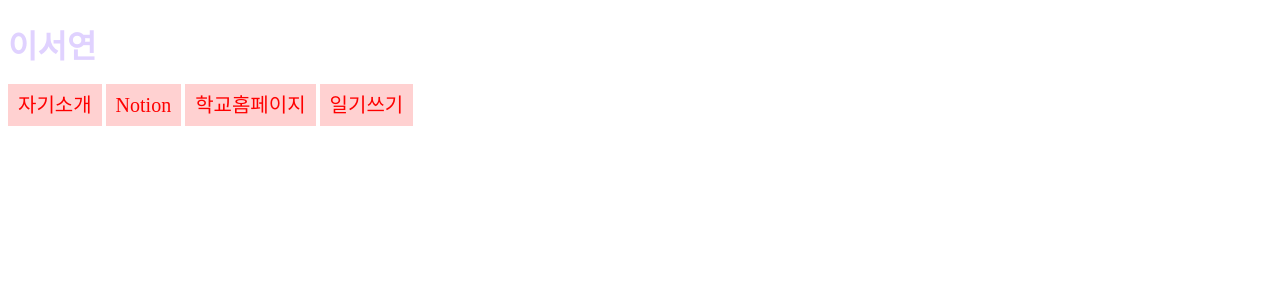
Repository: seoyeon0619/WebProgramming
Page: http://localhost/myhome1/index.jsp
The author's editor kept a copy of each file at every save. The page is drawn from the files as they stood at one save, then again after the next save.
The browser window is 1280 px wide. The pictures show the whole page.
Some web fonts or font styles are not loaded; a fallback is used. The page is served by Tomcat 9.

Above is the page before, as saved 2022-12-29 07:03:37.

After the next save:
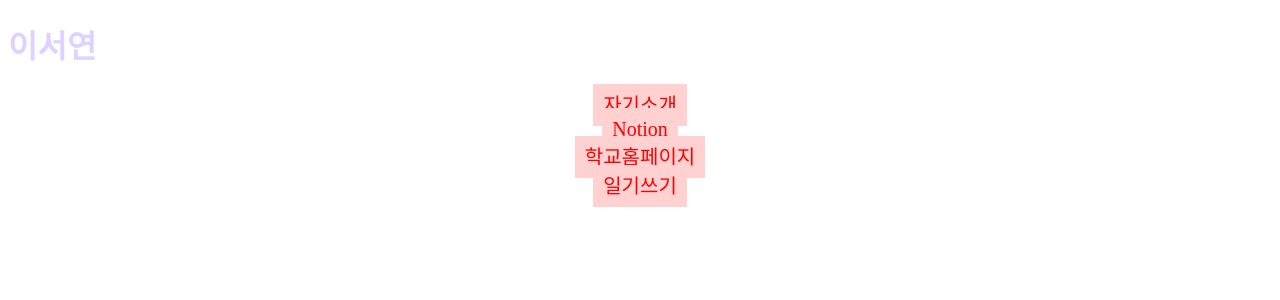
Saved 91 s later.
--- a/workspace1/myhome1/src/main/webapp/index.jsp
+++ b/workspace1/myhome1/src/main/webapp/index.jsp
@@ -11,6 +11,11 @@
 		h1{
            color: #e0d2ff;
         }
+
+        div{
+        text-align : center;
+        }
+
         a{
             width: 200px;
             height: 120px;
@@ -45,9 +50,9 @@
 
 %>
 <h1><%=hello%></h1>
-<a href="<%=request.getContextPath()%>/자기소개.jsp">자기소개</a>
-<a href="https://www.notion.so/LEE-SEO-YEON-85d648049b734e288d59e1462d20465b">Notion</a>
-<a href="https://kangnam.ac.kr/">학교홈페이지</a>
-<a href="<%=request.getContextPath()%>/일기쓰기.jsp">일기쓰기</a>
+<div><a href="<%=request.getContextPath()%>/자기소개.jsp">자기소개</a></div>
+<div><a href="https://www.notion.so/LEE-SEO-YEON-85d648049b734e288d59e1462d20465b">Notion</a></div>
+<div><a href="https://kangnam.ac.kr/">학교홈페이지</a></div>
+<div><a href="<%=request.getContextPath()%>/일기쓰기.jsp">일기쓰기</a></div>
 </body>
 </html>
